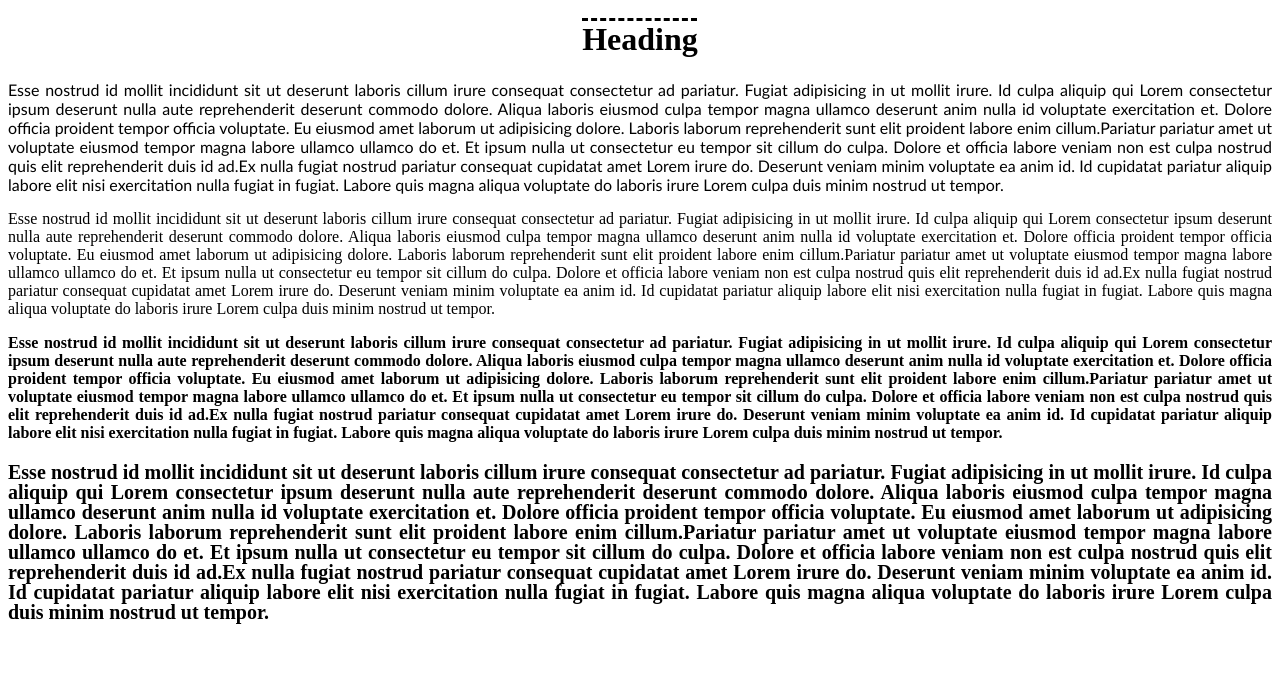
Repository: rakeshkolpepatil/CSS_Apana_College
Page: index.html
An editor plug-in stored every save of this project. The page is shown before and after the next save, followed by the edit.
The browser window is 1280 px wide. The pictures show the whole page.

Above is the page before, as saved 2023-06-22 09:54:02.

After the next save:
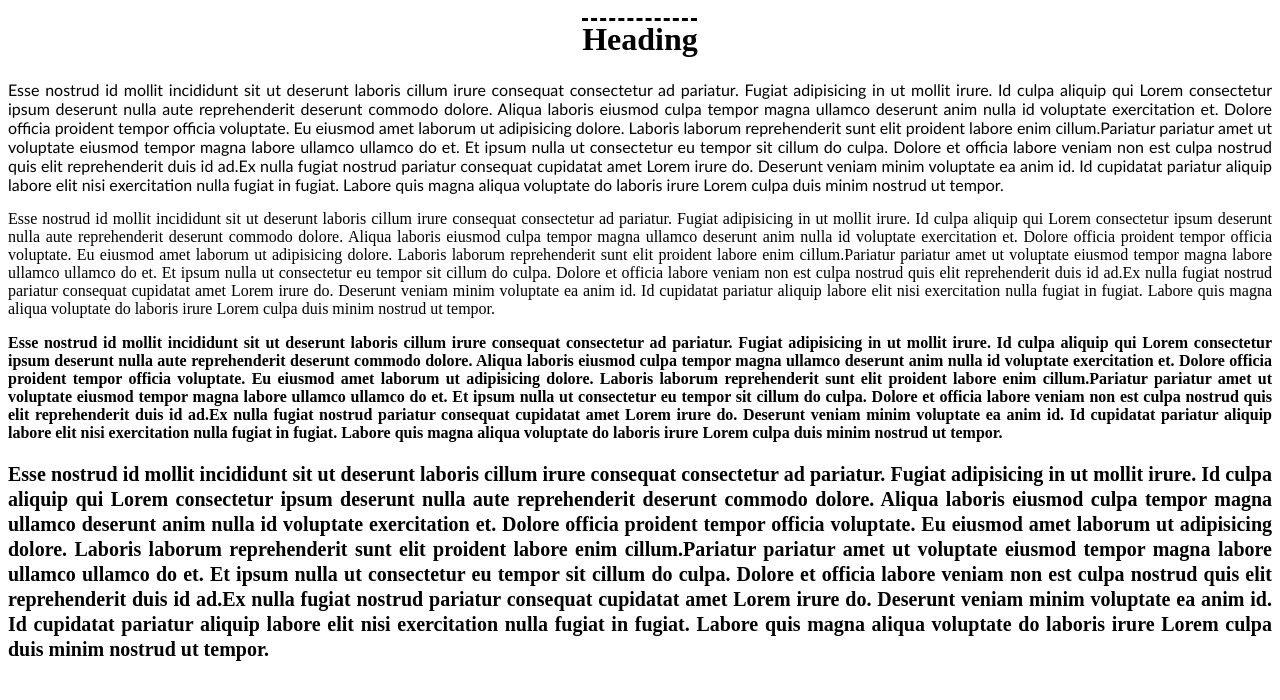
Saved 6 s later.
--- a/styleTwo.css
+++ b/styleTwo.css
@@ -19,6 +19,6 @@ h1{
 #pFour{
   text-align: justify;
   font-size: 20px;
-  line-height: 20px;
+  line-height: 25px;
   font-weight: 900;
 }
